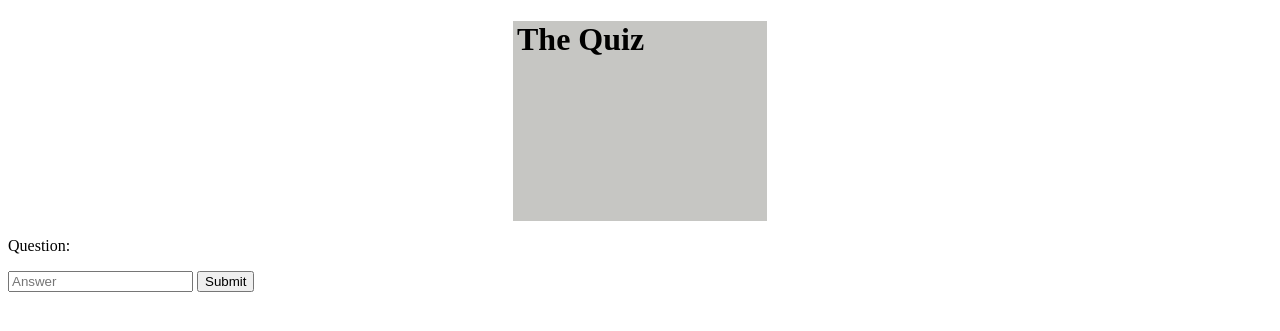
Repository: rs222kn/1dv403-laborationer
Page: 4-thequiz/index.html
The author's editor kept a record of every edit. The page is drawn from the files as they stood at one moment, then again after the next edit.
The browser window is 1280 px wide. The pictures show the whole page.
The page's requests for data from a server got no answer.

Above is the page before.
Console error: TypeError: Cannot set properties of null (setting 'innerHTML')

After the next edit:
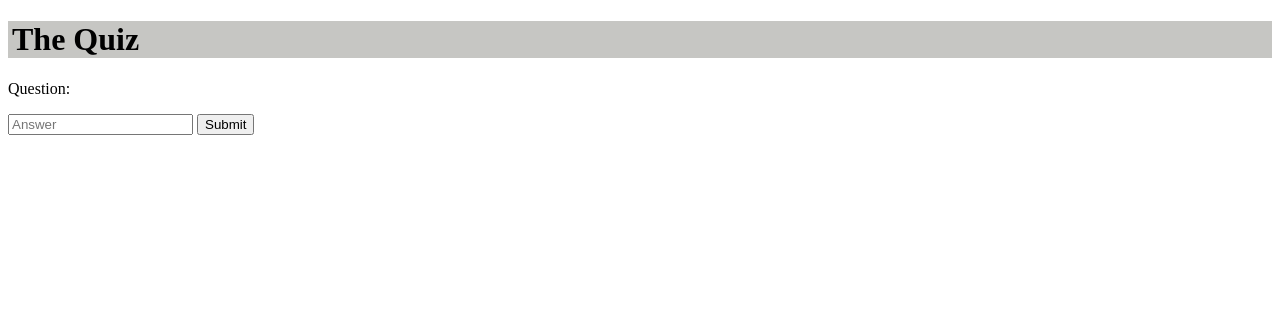
The edit:
--- a/4-thequiz/css/style.css
+++ b/4-thequiz/css/style.css
@@ -6,8 +6,6 @@
     margin: auto;
 }
 header{
-    width: 250px;
-    height: 200px;
     padding-left: 4px;
     background-color: #C6C6C3;
     margin: auto;
